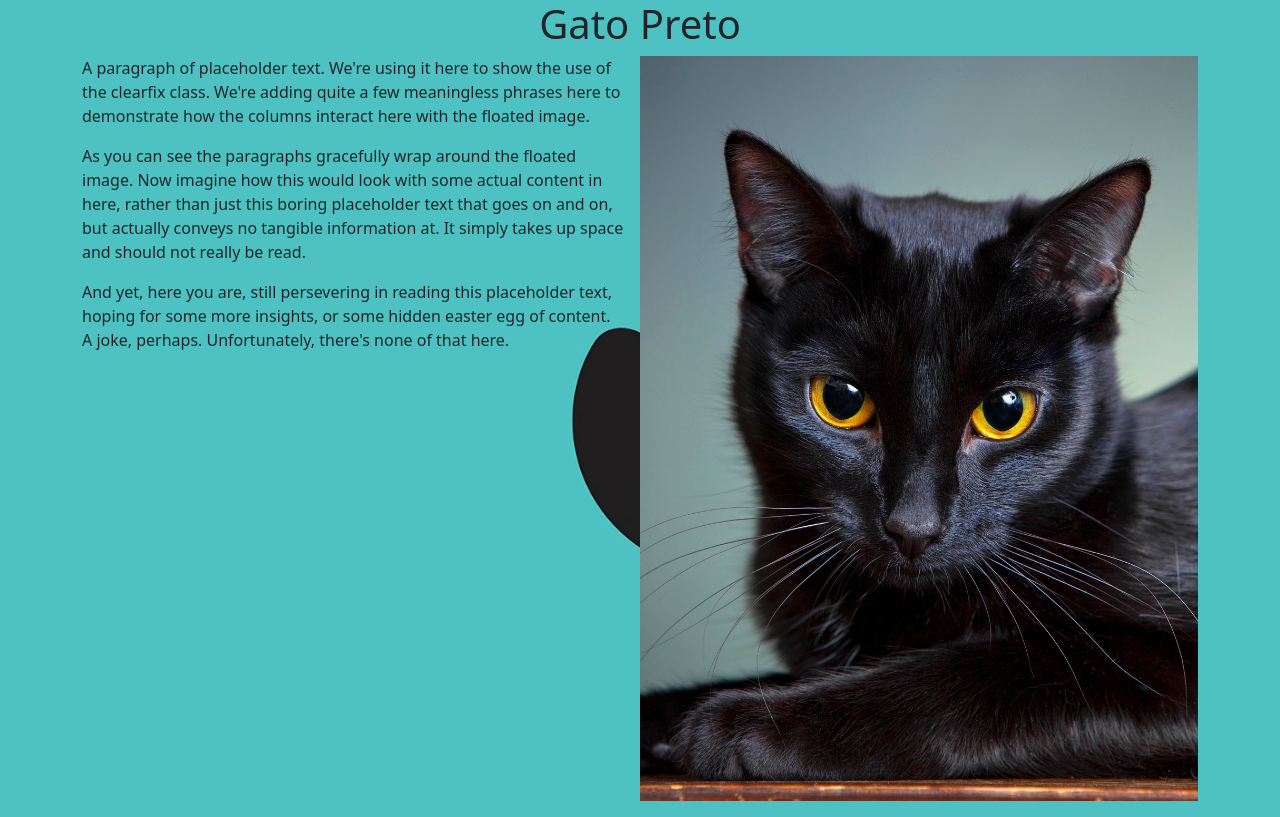
Repository: SktYzu/gatitu
Page: index.html
These files come from the project's save history. The page is drawn as it stood at one moment and after a run of saves; the edit follows.
The browser window is 1280 px wide. The pictures show the whole page.

Above is the page before, as saved 2023-11-27 15:01:00.

After the next 3 saves:
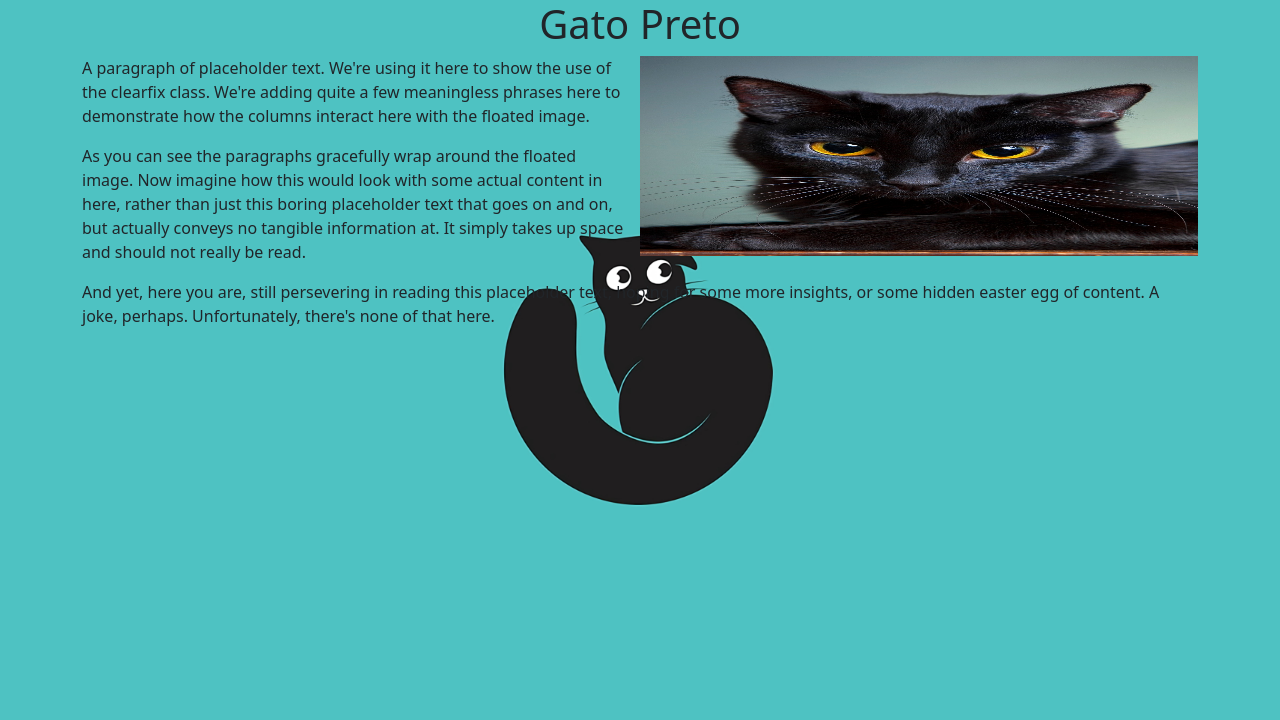
The 3 saves are shown as one change because they came seconds apart.
The last was saved 22 s later.
--- a/index.html
+++ b/index.html
@@ -23,7 +23,7 @@
     <div class="container">
 
         <div class="clearfix">
-            <img src="preto.jpg" class="col-md-6 float-md-end mb-3 ms-md-3" alt="...">
+            <img src="preto.jpg" class="col-md-6 float-md-end mb-3 ms-md-3" alt="..." width="300" height="200">
 
             <p>
                 A paragraph of placeholder text. We're using it here to show the use of the clearfix class. We're adding
